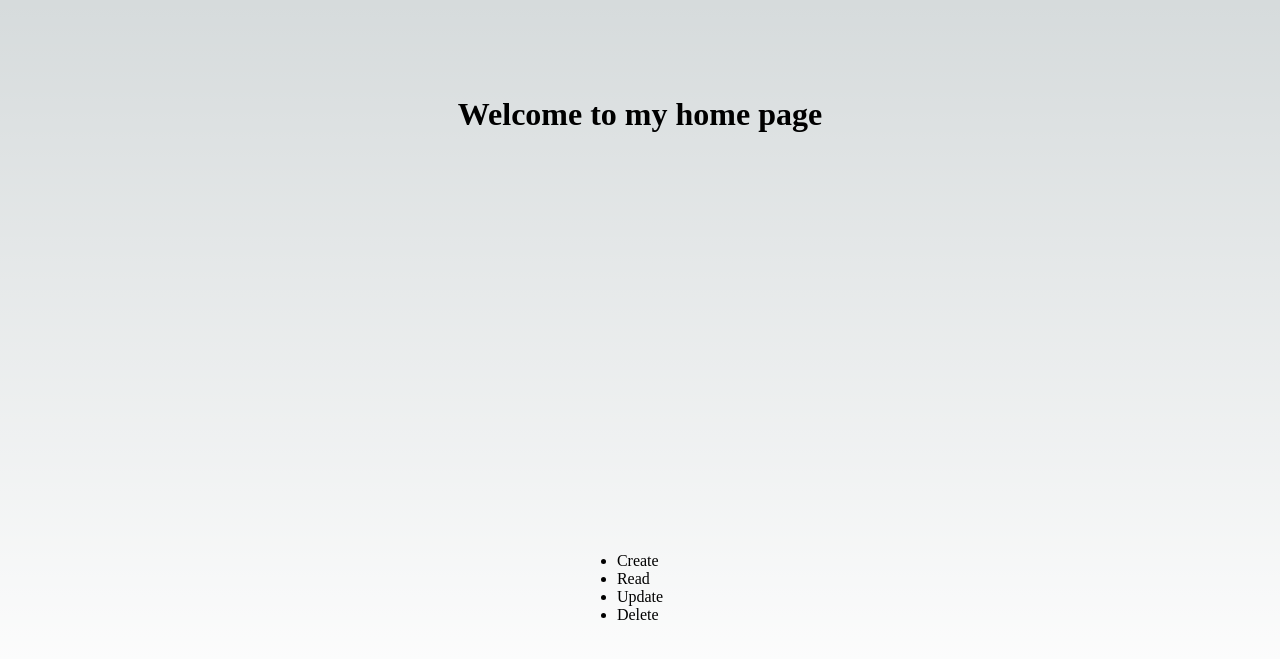
Repository: RonanKhalilOlaes/Week04
Page: /
The author's editor kept a copy of each file at every save. The page is drawn from the files as they stood at one save, then again after the next save.
The browser window is 1280 px wide. The pictures show the whole page.
The project was rebuilt for these pictures with package versions that can differ from the ones it lists, and the page was loaded fresh each time. The framework's server and built-in components were replaced by stand-ins that run in the browser. Also part of the build but not shown: next.config.js.

Above is the page before, as saved 2023-01-23 11:04:11.

### pages/index.js
import Head from 'next/head'
import Image from 'next/image'
import { Inter } from '@next/font/google'
import styles from '@/styles/Home.module.css'

const inter = Inter({ subsets: ['latin'] })

export default function Home() {
  return (
    <>
      <Head>
        <title>Example #1</title>
        <meta name="description" content="Generated by create next app" />
        <meta name="viewport" content="width=device-width, initial-scale=1" />
        <link rel="icon" href="/favicon.ico" />
      </Head>

      <main className={styles.main}>
          <h1 className='styles.title'>
            Welcome to my home page
          </h1>

            <ul>
              <li>Create</li>
              <li>Read</li>
              <li>Update</li>
              <li>Delete</li>
            </ul>

      </main>
    </>
  )
}

Loaded but not shown: pages/_app.js (common file); pages/_document.js (common file); styles/globals.css (common file); styles/Home.module.css (common file)

After the next save:
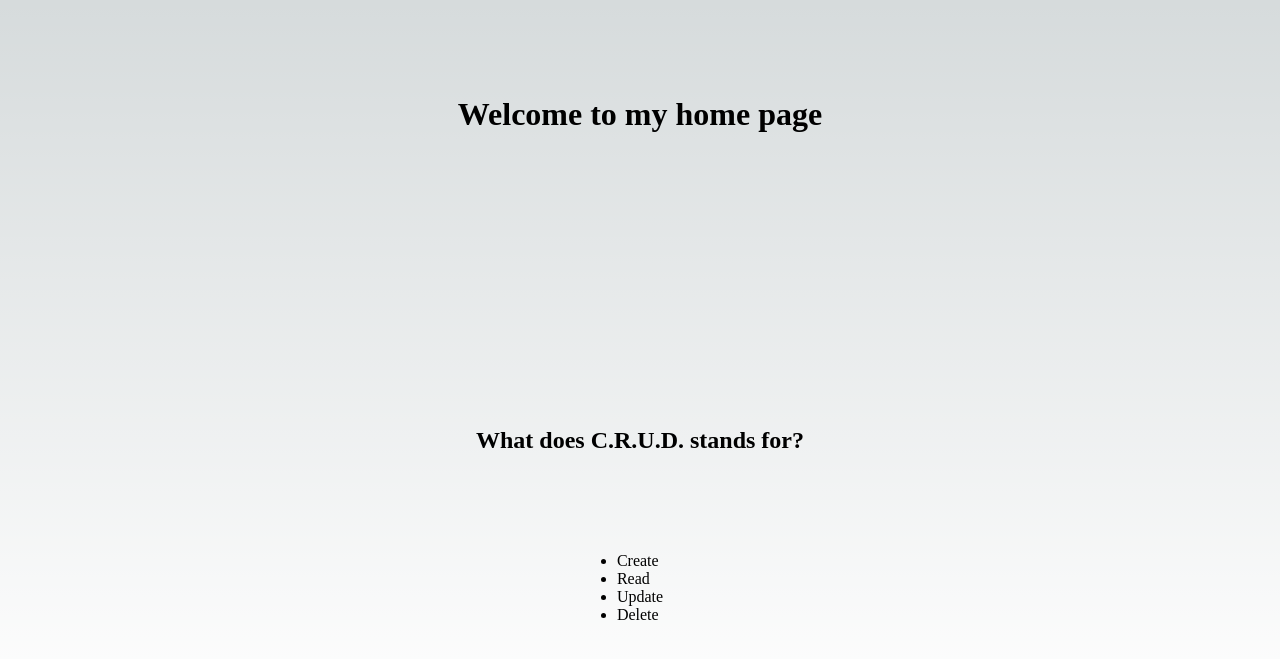
Saved 109 s later.
--- a/pages/index.js
+++ b/pages/index.js
@@ -20,6 +20,9 @@ export default function Home() {
             Welcome to my home page
           </h1>
 
+            <div className={styles.grid}></div>
+              <div className={styles.grid_container} style={{display: "grid"}}></div>
+                <h2>What does C.R.U.D. stands for?</h2>
             <ul>
               <li>Create</li>
               <li>Read</li>
